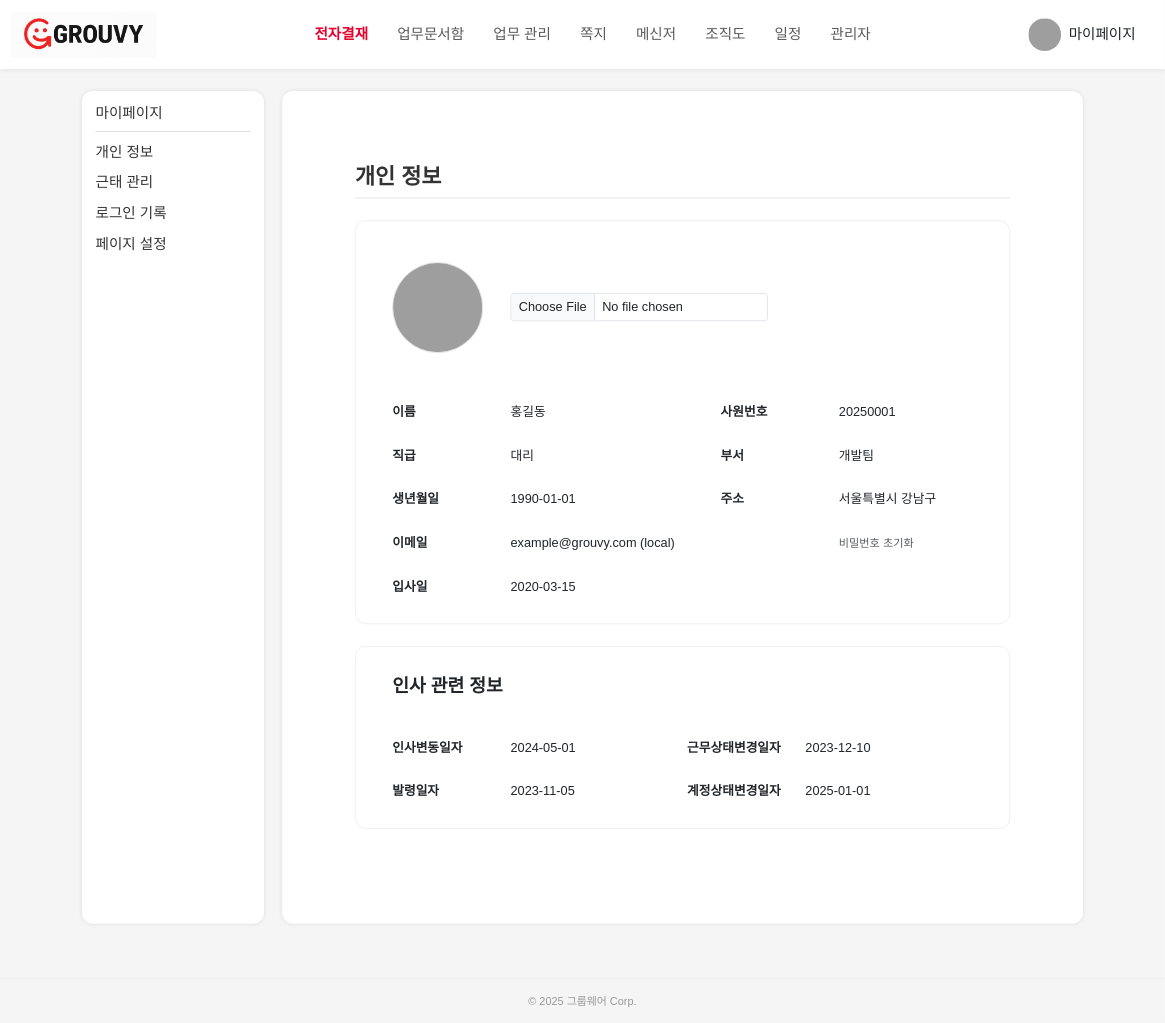
Repository: hyunbin7664/web-java-workspace
Page: groupware/src/main/webapp/mypage_profile.html
These files come from the project's save history. The page is drawn as it stood at one moment and after the next save; the edit follows.
The browser window is 1280 px wide. The pictures show the whole page, at 91% of full size.
Pictures or frames that could not be fetched are drawn as grey boxes.

Above is the page before, as saved 2025-07-08 08:11:37.

### groupware/src/main/webapp/mypage_profile.html
<!DOCTYPE html>
<html lang="ko">
<head>
<meta charset="UTF-8">
<title>마이페이지</title>
<link
	href="https://cdn.jsdelivr.net/npm/bootstrap@5.3.2/dist/css/bootstrap.min.css"
	rel="stylesheet">
<style>
body {
	margin: 0;
	font-family: Arial, sans-serif;
	background-color: #f5f5f5;
	color: #333;
	padding-top: 80px;
}

.navbar-brand {
	color: #e6002d !important;
	font-size: 1.5rem;
}

.nav-item {
	padding-right: 1rem;
}

.navbar-nav .nav-link.active {
	font-weight: bold;
	color: #e6002d !important;
}

.logo-img {
	width: 160px;
	height: 50px;
	object-fit: cover;
	object-position: center;
}

.navbar .container-fluid {
	padding-right: 2rem;
}

.container {
	display: flex;
	padding: 20px;
}

.sidebar {
	width: 200px;
	background-color: white;
	border-radius: 12px;
	padding: 15px;
	margin-right: 20px;
	box-shadow: 0 0 5px rgba(0, 0, 0, 0.1);
}

.sidebar h3 {
	margin-top: 0;
	font-size: 16px;
	border-bottom: 1px solid #ddd;
	padding-bottom: 10px;
}

.sidebar ul {
	list-style: none;
	padding: 0;
}

.sidebar ul li {
	margin: 10px 0;
}

.sidebar ul li a {
	color: #333;
	text-decoration: none;
}

.sidebar ul li a.active, .sidebar ul li a:hover {
	color: #1abc9c;
	font-weight: bold;
}

.main-content {
	flex: 1;
	background-color: white;
	padding: 80px;
	text-align: center;
	border-radius: 12px;
	box-shadow: 0 0 5px rgba(0, 0, 0, 0.1);
	/* margin: 0 auto; */
}

/* .main-content img {
	width: 60px;
	margin-bottom: 20px;
} */

.main-content p {
	font-size: 14px;
	color: #555;
}

.main-content input[type="password"] {
	padding: 8px;
	width: 220px;
	margin-top: 12px;
	border: 1px solid #ccc;
	border-radius: 4px;
	font-size: 13px;
}

.main-content div {
	margin-top: 15px;
}

.main-content button {
	padding: 8px 16px;
	margin: 0 5px;
	border: none;
	border-radius: 4px;
	cursor: pointer;
	font-size: 13px;
}

.profile-photo {
  width: 100px;
  height: 100px;
  object-fit: cover;
  border-radius: 50%;
  border: 1px solid #ddd;
  margin-right: 30px;
}

.card-custom {
  padding: 30px 40px;
  border-radius: 12px;
  border: 1px solid #eee;
  background-color: #fff;
}

.info-grid {
  display: grid;
  grid-template-columns: 120px auto 120px auto;
  row-gap: 12px;
  column-gap: 10px;
  align-items: center;
  font-size: 14px;
}

.info-grid div {
  white-space: nowrap;
}

.card-wrapper {
  max-width: 1000px;
  margin: 0 auto;
}

/* .confirm-btn {
	background-color: #4CAF50;
	color: #fff;
}

.cancel-btn {
	background-color: #ccc;
	color: #333;
} */

footer {
	text-align: center;
	padding: 15px;
	font-size: 12px;
	color: #999;
	border-top: 1px solid #eee;
	margin-top: 40px;
}
</style>
</head>
<body>

	<nav class="navbar navbar-expand-lg navbar-light bg-white shadow-sm fixed-top">
		<div class="container-fluid">
			<a class="navbar-brand d-flex align-items-center" href="index.html">
				<span class="logo-crop">
					<img src="grouvy_logo.jpg" alt="GROUVY 로고" class="logo-img">
				</span>
			</a>
			<ul class="navbar-nav mb-2 mb-lg-0">
				<li class="nav-item"><a class="nav-link active" href="#">전자결재</a></li>
				<!-- 커서 active-->
				<li class="nav-item"><a class="nav-link" href="#">업무문서함</a></li>
				<li class="nav-item"><a class="nav-link" href="#">업무 관리</a></li>
				<li class="nav-item"><a class="nav-link" href="#">쪽지</a></li>
				<li class="nav-item"><a class="nav-link" href="#">메신저</a></li>
				<li class="nav-item"><a class="nav-link" href="#">조직도</a></li>
				<li class="nav-item"><a class="nav-link" href="#">일정</a></li>
				<li class="nav-item"><a class="nav-link" href="admin_dashboard.html">관리자</a></li>
			</ul>
			<div class="d-flex align-items-center">
				<a href="mypage.html" >
					<img src="https://search.pstatic.net/sunny/?src=https%3A%2F%2Fs3.orbi.kr%2Fdata%2Ffile%2Funited2%2F6cc64e06aa404ac3a176745b9c1d5bfa.jpeg&type=sc960_832"
							alt="프로필" class="rounded-circle" width="36" height="36">
				</a>
				<a href="mypage.html" class="ms-2 text-decoration-none text-dark">마이페이지</a>
			</div>
		</div>
	</nav>

	<main>
		<div class="container">
			<!-- 좌측 nav -->
			<div class="sidebar">
				<h3>마이페이지</h3>
				<ul>
					<li><a href="mypage_profile.html">개인 정보</a></li>
					<li><a href="mypage_attendance.html">근태 관리</a></li>
					<li><a href="mypage_loginlog.html">로그인 기록</a></li>
					<li><a href="mypage_settings.html">페이지 설정</a></li>
				</ul>
			</div>

			<!-- 기능 페이지 -->
			<!-- <div class="main-content">
				<img src="https://cdn-icons-png.flaticon.com/512/3064/3064197.png"
					alt="lock icon">
				<p>
					개인 정보 조회를 위해서는 인증이 필요합니다.<br> 비밀번호를 입력한 후 확인 버튼을 클릭해 주세요.
				</p>
				<input type="password" placeholder="비밀번호">
				<div>
					<button class="confirm-btn">확인</button>
					<button class="cancel-btn">취소</button>
				</div>
			</div> -->

			<!-- 마이페이지 > 개인 정보 -->
			<div class="main-content text-start">
				<h4 class="mb-4 fw-bold border-bottom pb-2">개인 정보</h4>

				<div class="card card-custom mb-4 card-wrapper">
					<div class="d-flex align-items-center mb-4">
						<img src="https://search.pstatic.net/sunny/?src=https%3A%2F%2Fs3.orbi.kr%2Fdata%2Ffile%2Funited2%2F6cc64e06aa404ac3a176745b9c1d5bfa.jpeg&type=sc960_832" alt="프로필 사진" class="profile-photo">
						<input type="file" class="form-control form-control-sm w-auto">
					</div>

					<div class="info-grid">
						<div class="fw-bold">이름</div>
						<div>홍길동</div>
						<div class="fw-bold">사원번호</div>
						<div>20250001</div>

						<div class="fw-bold">직급</div>
						<div>대리</div>
						<div class="fw-bold">부서</div>
						<div>개발팀</div>

						<div class="fw-bold">생년월일</div>
						<div>1990-01-01</div>
						<div class="fw-bold">주소</div>
						<div>서울특별시 강남구</div>

						<div class="fw-bold">이메일</div>
						<div>example@grouvy.com (local)</div>
						<div class="fw-bold"></div>
						<div>
							<a href="#" class="text-decoration-none small text-muted">비밀번호
								초기화</a>
						</div>

						<div class="fw-bold">입사일</div>
						<div>2020-03-15</div>
					</div>
				</div>

				<div class="card card-custom mb-4 card-wrapper">
					<h5 class="fw-bold mb-3">인사 관련 정보</h5>
					<div class="info-grid">
						<div class="fw-bold">인사변동일자</div>
						<div>2024-05-01</div>
						<div class="fw-bold">근무상태변경일자</div>
						<div>2023-12-10</div>

						<div class="fw-bold">발령일자</div>
						<div>2023-11-05</div>
						<div class="fw-bold">계정상태변경일자</div>
						<div>2025-01-01</div>
					</div>
				</div>
			</div></main>

	<footer>© 2025 그룹웨어 Corp.</footer>

</body>
</html>

After the next save:
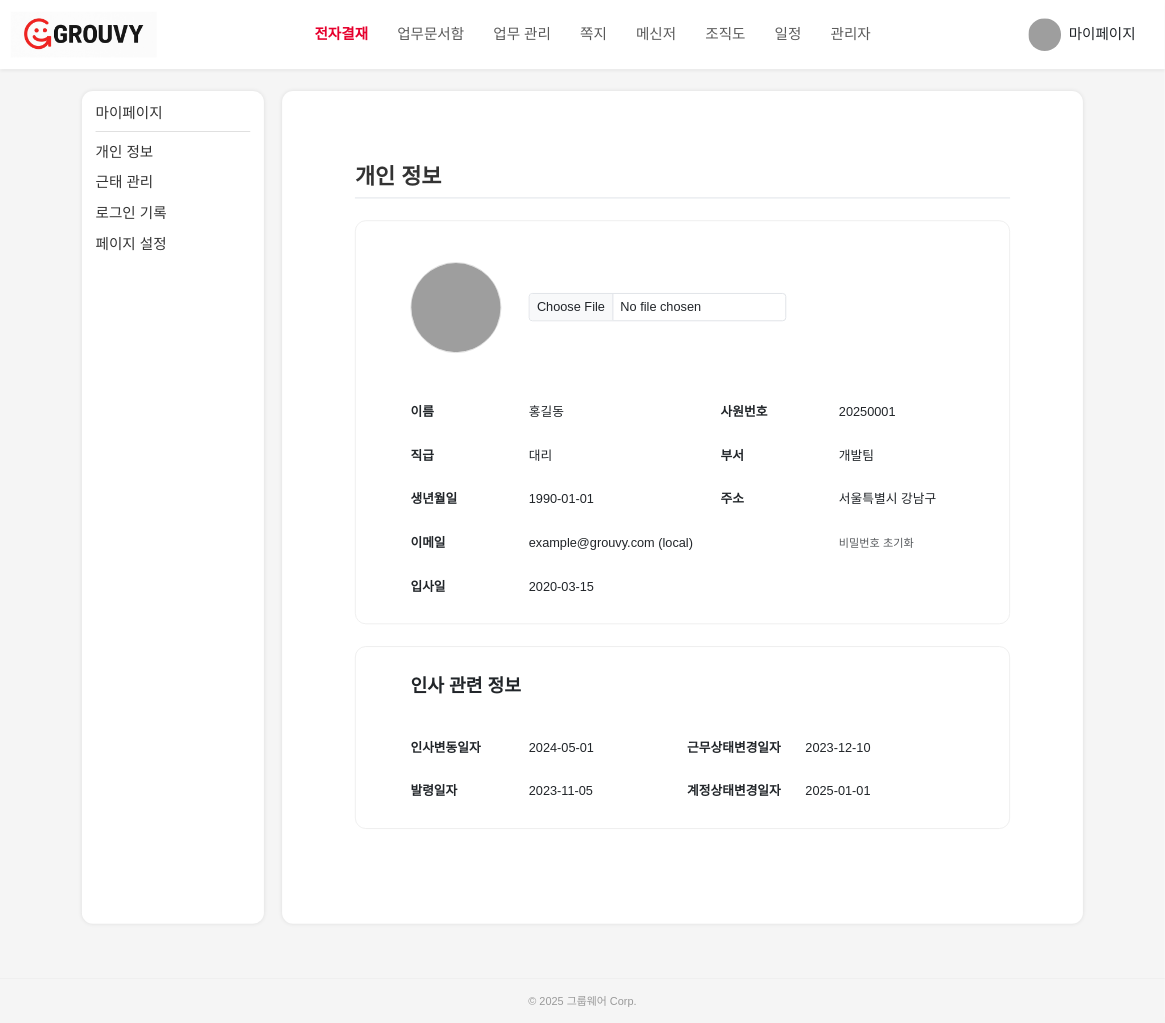
Saved 26 s later.
--- a/groupware/src/main/webapp/mypage_profile.html
+++ b/groupware/src/main/webapp/mypage_profile.html
@@ -132,7 +132,7 @@ body {
 }
 
 .card-custom {
-  padding: 30px 40px;
+  padding: 30px 60px;
   border-radius: 12px;
   border: 1px solid #eee;
   background-color: #fff;
